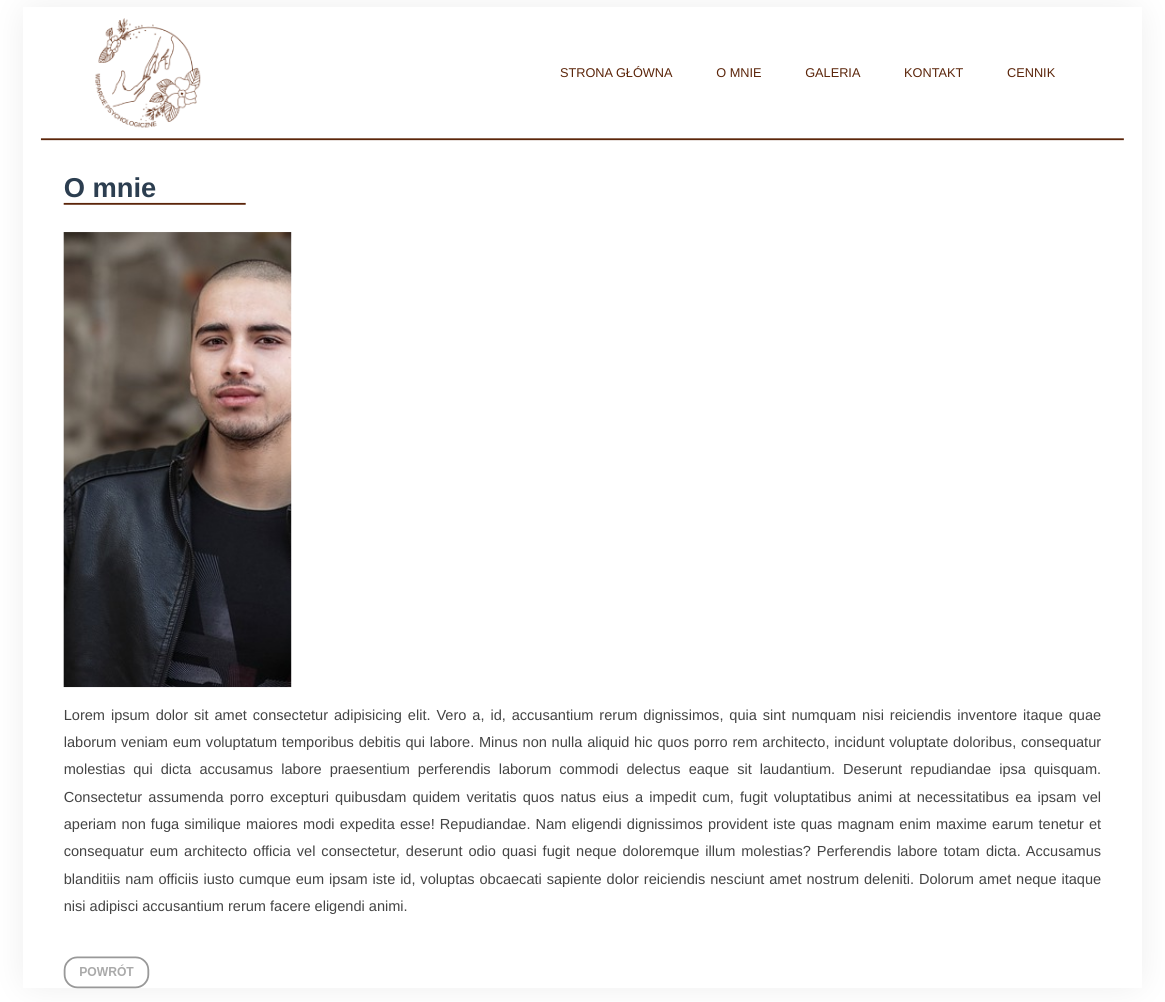
Repository: Kondzioor/szczepan-page
Page: /about
These files come from the project's save history. The page is drawn as it stood at one moment and after the next save; the edit follows.
The browser window is 1280 px wide. The pictures show the whole page, at 91% of full size.
Some web libraries are served in a nearby version. The project was rebuilt for these pictures with package versions that can differ from the ones it lists, and the page was loaded fresh each time. Also part of the build but not shown: src/views/Home.vue.

Above is the page before, as saved 2022-03-28 21:03:00.

After the next save:
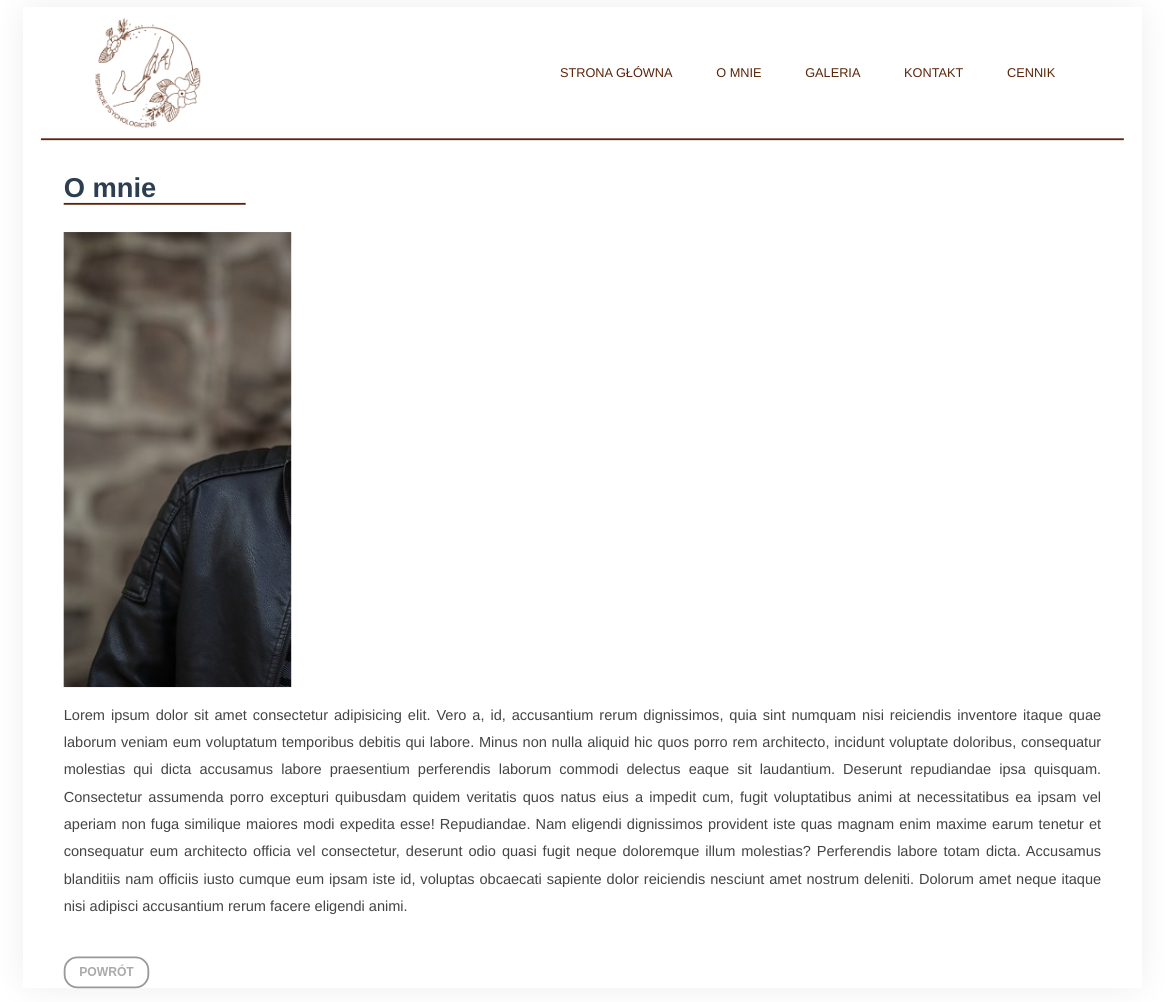
Saved 82 s later.
--- a/src/views/AboutUs.vue
+++ b/src/views/AboutUs.vue
@@ -56,8 +56,8 @@
 .photo{
     height: 300px;
     width: 250px;
-     height: 500px;
-    background-position: center;
+    height: 500px;
+    background-position-x: 25%;
     background-repeat: no-repeat;
     background-size: cover;
     background-image: url('../assets/boy.jpg');

After the save that followed:
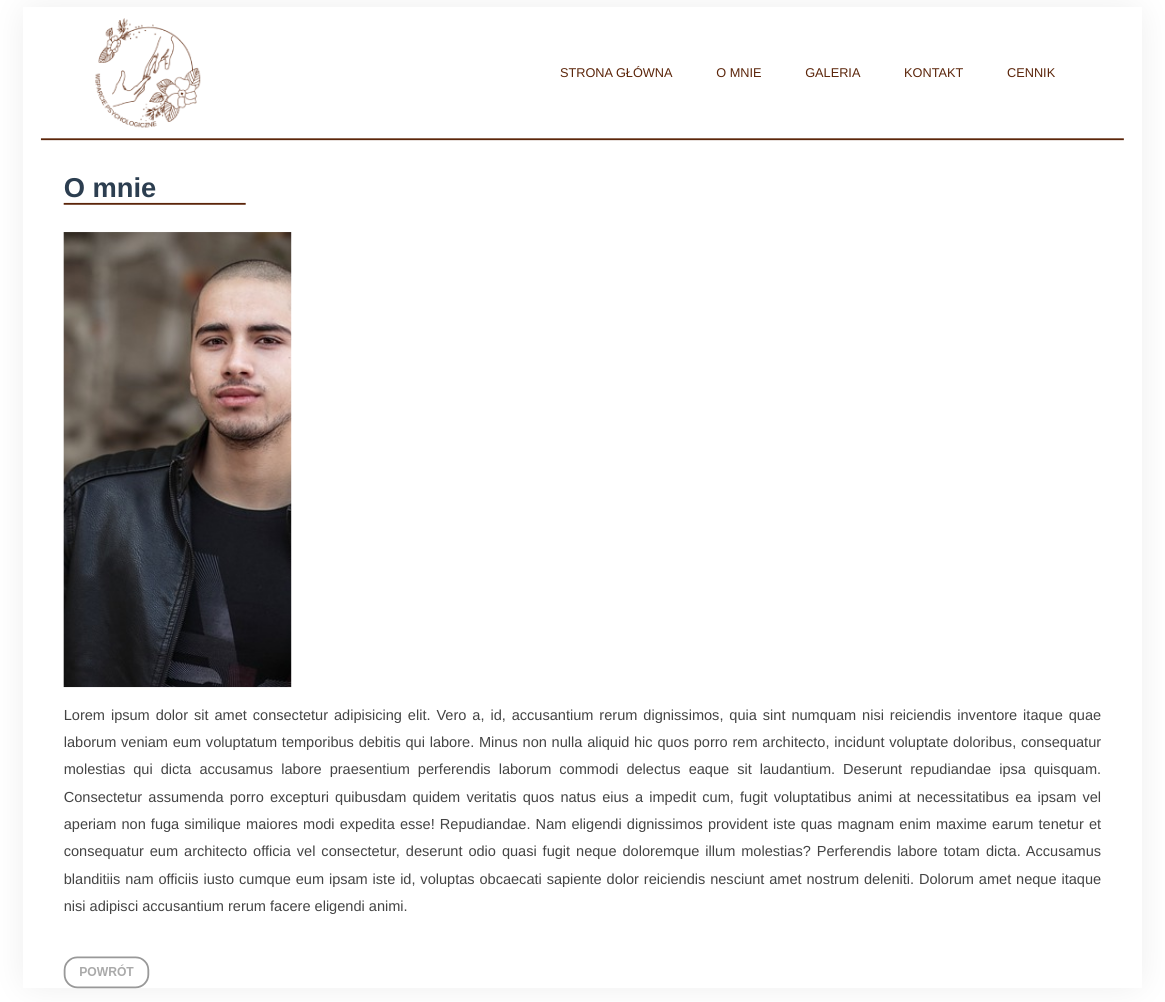
Saved 10 s later.
--- a/src/views/AboutUs.vue
+++ b/src/views/AboutUs.vue
@@ -57,7 +57,7 @@
     height: 300px;
     width: 250px;
     height: 500px;
-    background-position-x: 25%;
+    background-position-x: 50%;
     background-repeat: no-repeat;
     background-size: cover;
     background-image: url('../assets/boy.jpg');
